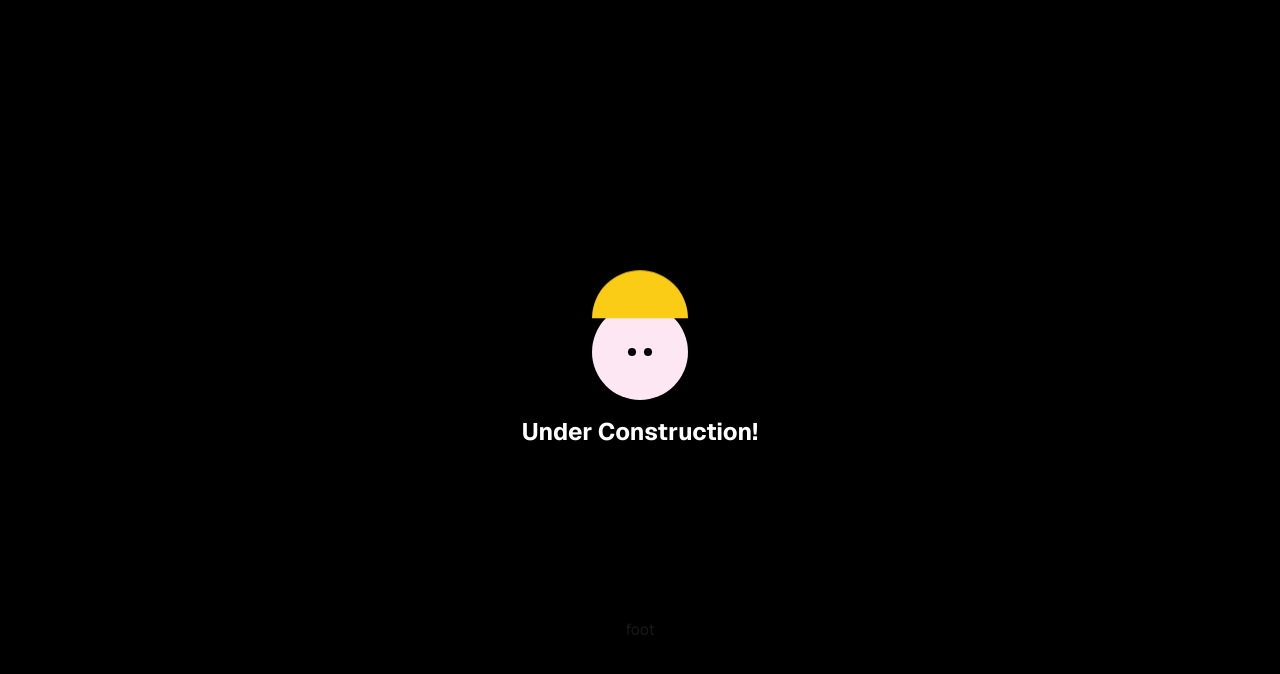
Repository: madelinestruthers/portfolio
Page: / (app in madeline-struthers-portfolio/)
An editor plug-in stored every save of this project. The page is shown before and after the next save, followed by the edit.
The browser window is 1280 px wide. The pictures show the whole page.
The project was rebuilt for these pictures with package versions that can differ from the ones it lists, and the page was loaded fresh each time. The framework's server and built-in components were replaced by stand-ins that run in the browser. Also part of the build but not shown: madeline-struthers-portfolio/next.config.mjs.

Above is the page before, as saved 2025-01-10 19:59:49.

### madeline-struthers-portfolio/src/app/page.js
import Image from "next/image";

export default function Home() {
  return (
    <div className="grid grid-rows-[20px_1fr_20px] items-center justify-items-center min-h-screen p-8 pb-20 gap-16 sm:p-20 font-[family-name:var(--font-geist-sans)] bg-black">
      <main className="flex flex-col gap-8 row-start-2 items-center sm:items-start">
        <div className="flex flex-col items-center gap-4">
          {/* Face with Animated Hard Hat */}
          <div className="relative w-32 h-32">
            {/* Hard Hat */}
            <div className="absolute top-0 left-4 w-24 h-12 bg-yellow-400 rounded-t-full animate-bounce z-10">

            </div>
            {/* Face */}
            <div className="absolute bottom-0 left-4 w-24 h-24 bg-pink-100 rounded-full flex items-center justify-center z-0">
              <div className="w-2 h-2 bg-black rounded-full mr-2"></div>
              <div className="w-2 h-2 bg-black rounded-full"></div>
            </div>
          </div>
          {/* Text */}
          <div className="text-2xl font-bold text-white">
            Under Construction!
          </div>
        </div>
      </main>
      <footer className="row-start-3 flex gap-6 flex-wrap items-center justify-center">
        <div>foot</div>
      </footer>
    </div>
  );
}

Loaded but not shown: madeline-struthers-portfolio/src/app/layout.js (common file); madeline-struthers-portfolio/src/app/globals.css (common file); madeline-struthers-portfolio/tailwind.config.mjs (common file)

After the next save:
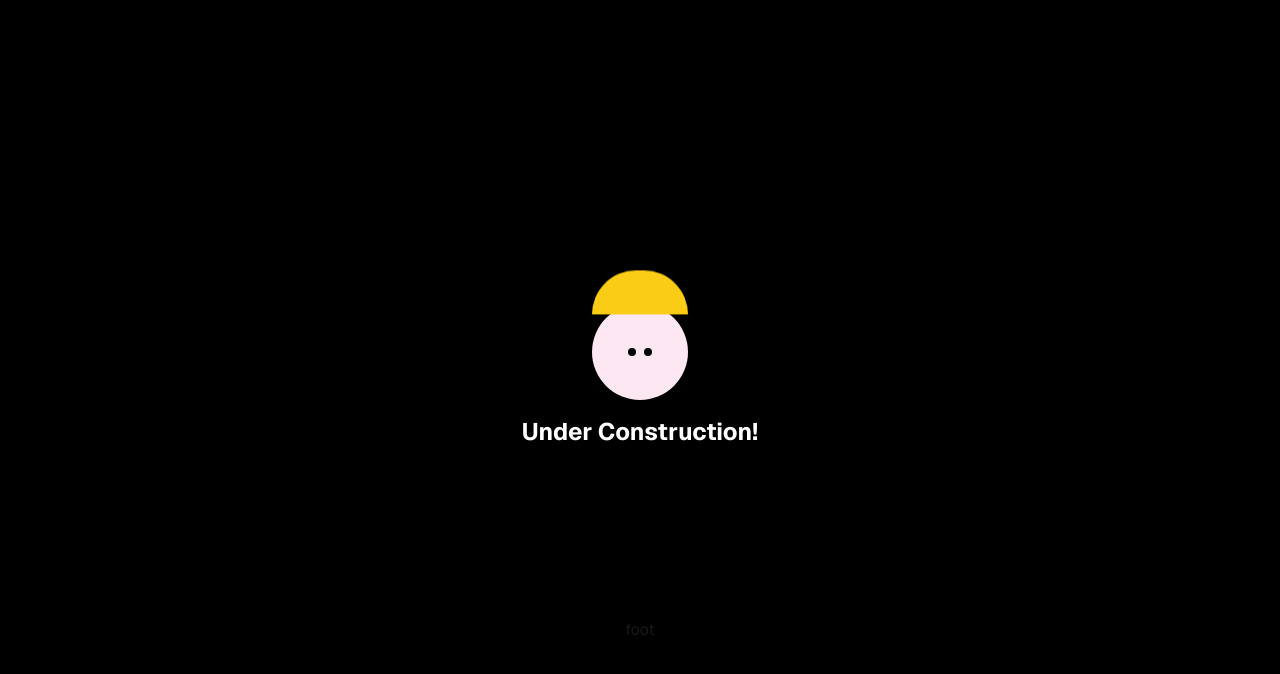
Saved 2 min 32 s later.
--- a/madeline-struthers-portfolio/src/app/page.js
+++ b/madeline-struthers-portfolio/src/app/page.js
@@ -8,7 +8,7 @@ export default function Home() {
           {/* Face with Animated Hard Hat */}
           <div className="relative w-32 h-32">
             {/* Hard Hat */}
-            <div className="absolute top-0 left-4 w-24 h-12 bg-yellow-400 rounded-t-full animate-bounce z-10">
+            <div className="absolute top-0 left-4 w-24 h-11 bg-yellow-400 rounded-t-full animate-bounce z-10">
 
             </div>
             {/* Face */}
